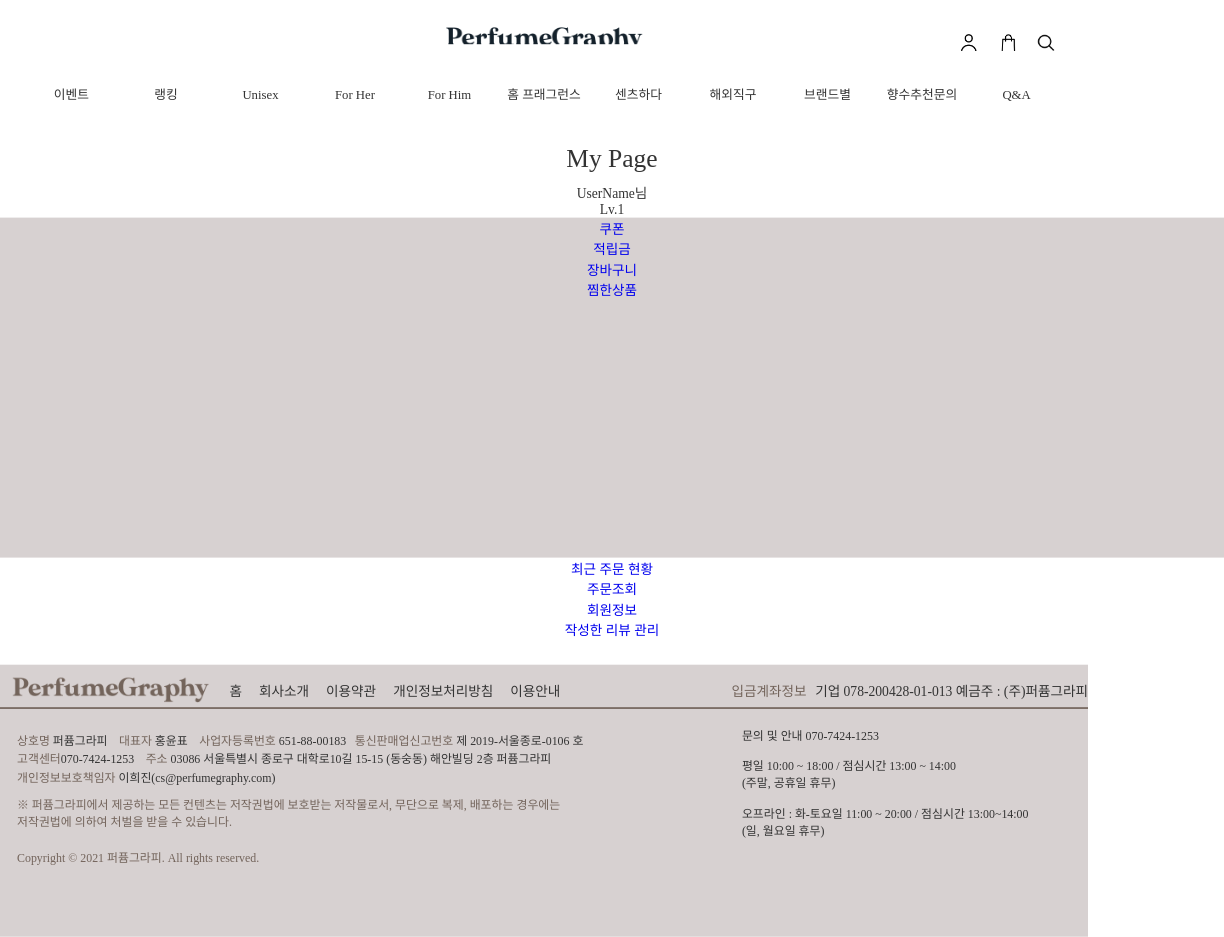
Repository: mingdue03/perfumegraphy
Page: myPage.html
The author's editor kept a copy of each file at every save. The page is drawn from the files as they stood at one save, then again after a run of saves.
The browser window is 1280 px wide. The page is 1440 px wide, so the pictures cover 1440 px, including what lies to the right of the window. The pictures show the whole page, at 85% of full size.

Above is the page before, as saved 2021-08-26 15:02:41.

After the next 2 saves:
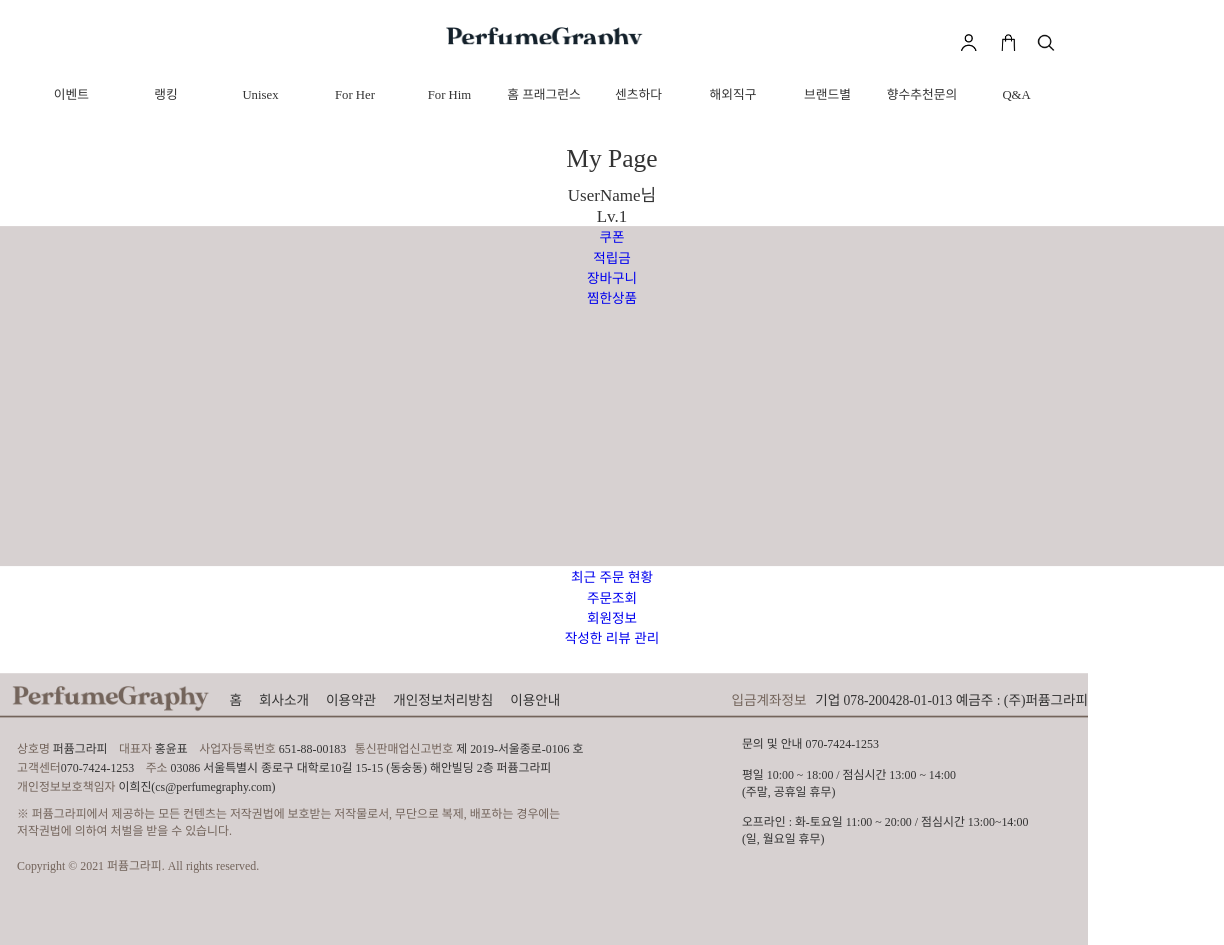
The 2 saves are shown as one change because they came seconds apart.
The last was saved 68 s later.
--- a/css/mypage.css
+++ b/css/mypage.css
@@ -11,9 +11,16 @@
   margin:10px 0;
 }
 .name {
-  width:780px;
-  margin:auto;
 }
+.name p{
+  font-size: 20px;
+}
+.name p{
+  font-size: bold;
+}
+
+
+
 .coupon article{
   width:100%;
   height:400px;
